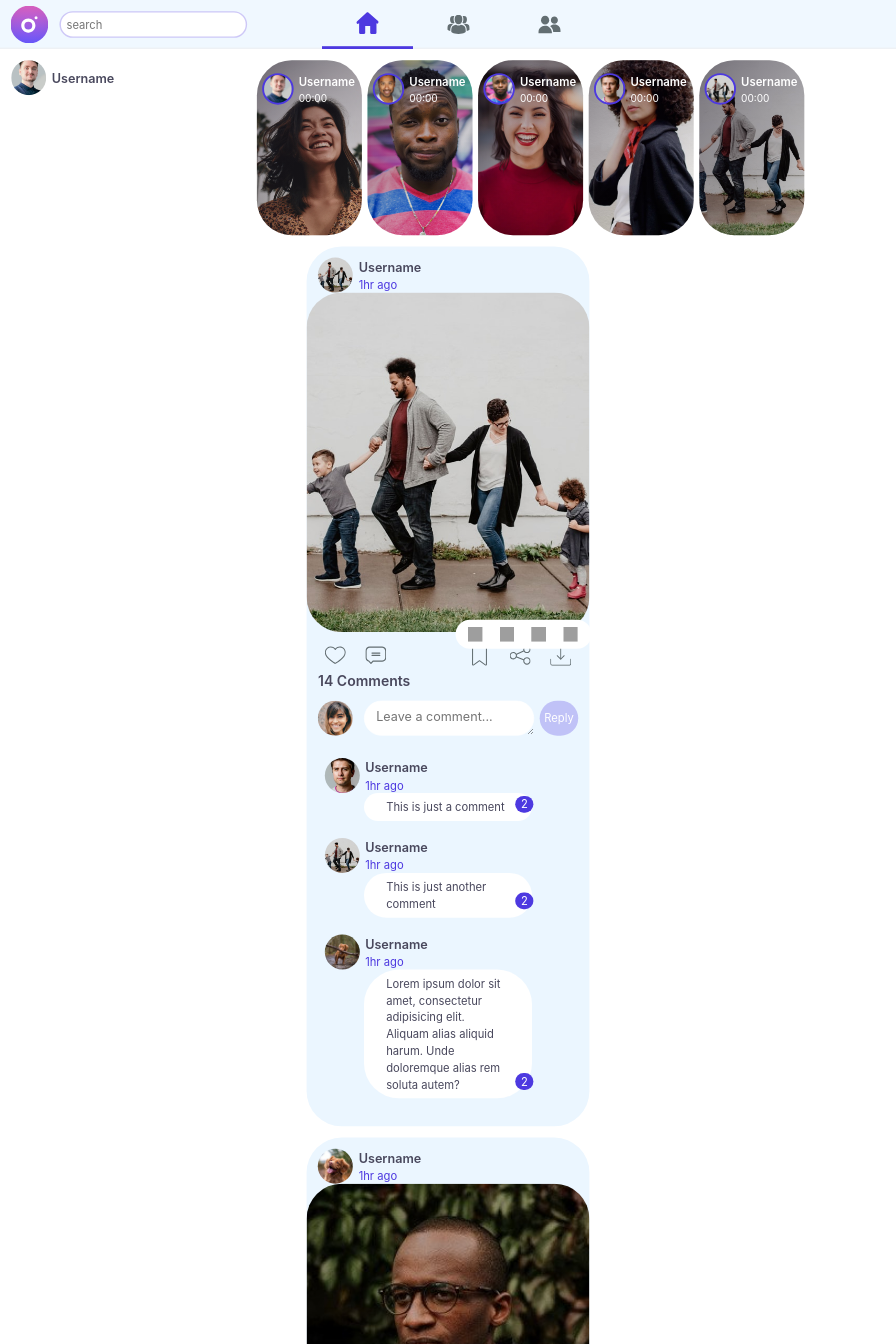
Repository: Flovet-stack/memic
Page: home.html
These files come from the project's save history. The page is drawn as it stood at one moment and after the next save; the edit follows.
The browser window is 1280 px wide. The pictures show the part of the page from y = 0 to 1920 px (the page is 3254 px tall), at 70% of full size.
Pictures or frames that could not be fetched are drawn as grey boxes. Some web fonts or font styles are not loaded; a fallback is used.

Above is the page before, as saved 2020-10-17 19:37:26.
Console error: TypeError: Cannot read properties of undefined (reading 'fn')

After the next save:
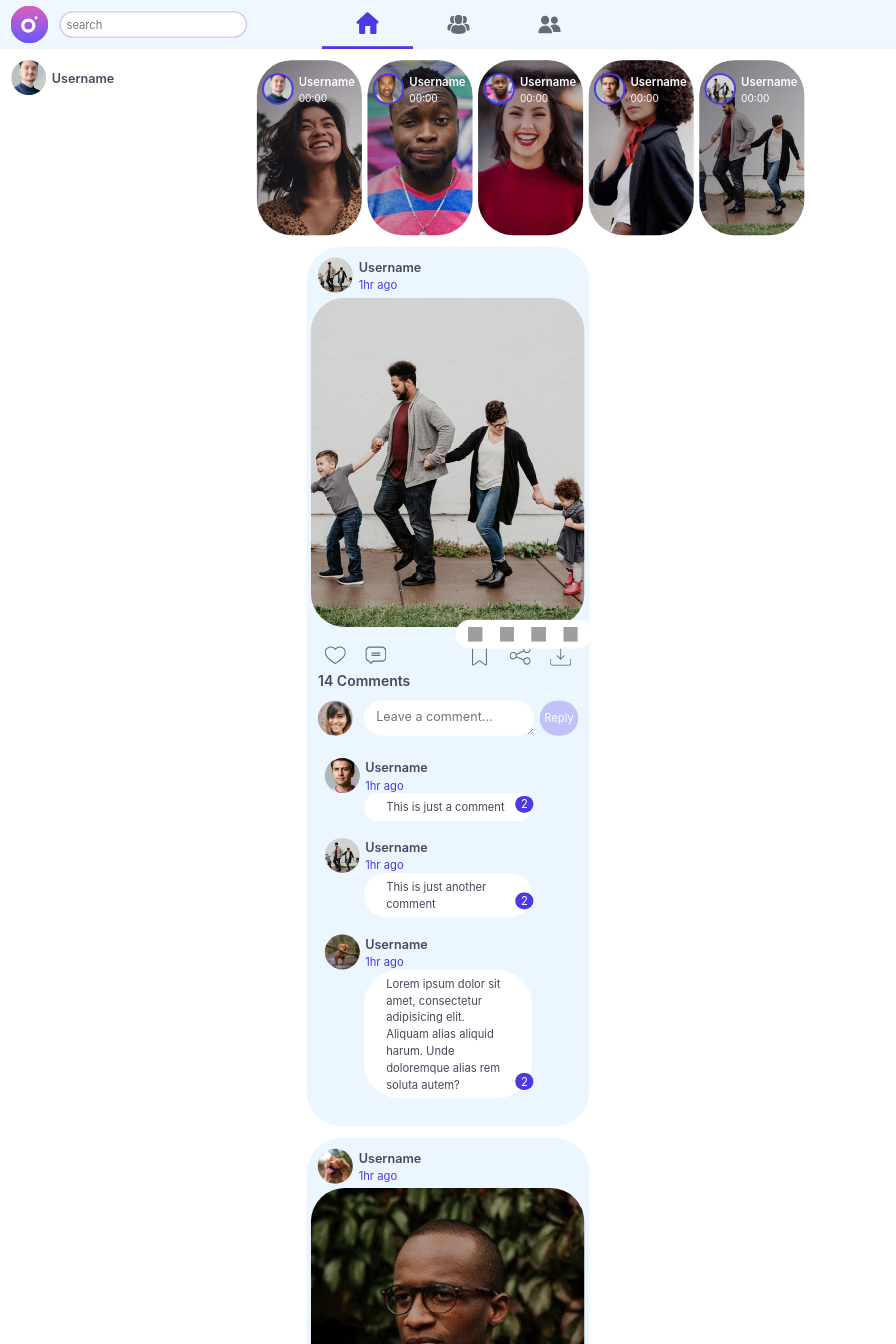
Saved 11 s later.
--- a/css/post-card.css
+++ b/css/post-card.css
@@ -16,7 +16,7 @@
     width: 100%;
 }
 .post-img {
-    transform: scale(1);
+    transform: scale(.97);
     border-radius: var(--border-radius) !important;
     background-color: var(--transparent-overlay);
 }
